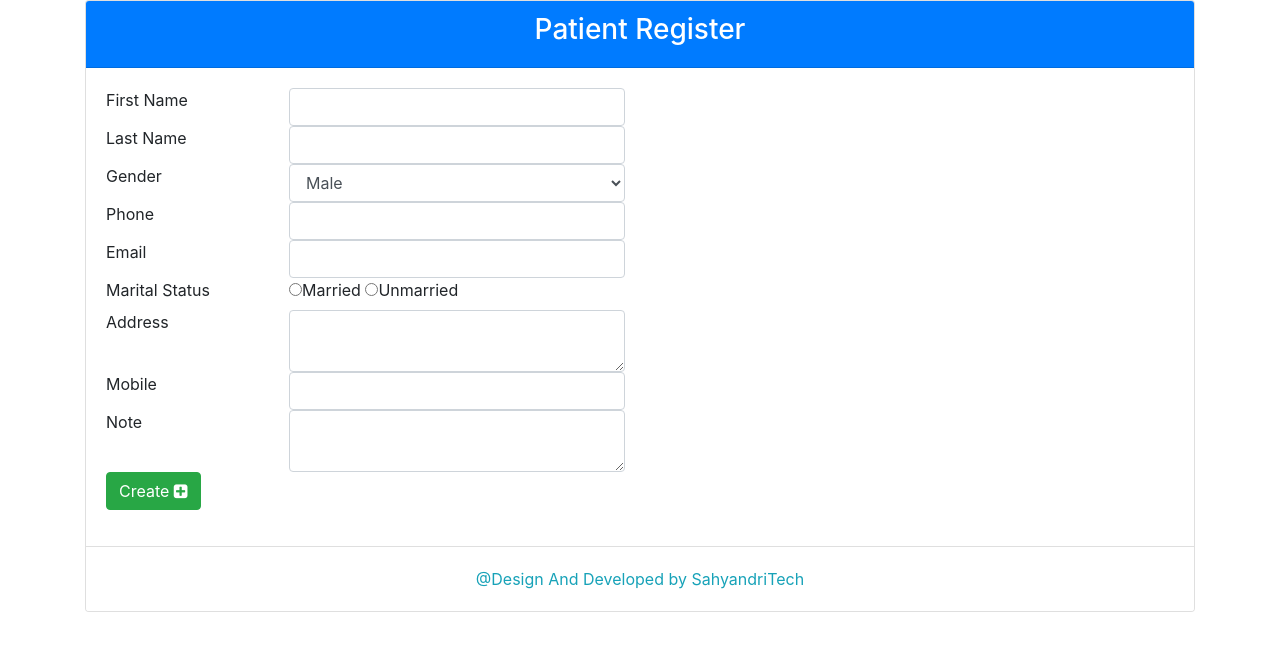
Repository: AmolRajuru11/HealthCareEx
Page: http://localhost/PatientRegister
The author's editor kept a copy of each file at every save. The page is drawn from the files as they stood at one save, then again after the next save.
The browser window is 1280 px wide. The pictures show the whole page.
The page is this project's Thymeleaf template; nobody is signed in. The template is opened directly, without the code that normally fills it, so the values that code supplies are empty.

Above is the page before, as saved 2021-10-19 13:17:53.

### HeathCare/src/main/resources/templates/PatientRegister.html
<html xmlns:th="https://www.thymeleaf.org/">
<head>
<link rel="stylesheet"
	href="https://cdn.jsdelivr.net/npm/bootstrap@4.5.3/dist/css/bootstrap.min.css" />
<script src="https://code.jquery.com/jquery-3.5.1.min.js"></script>
<script
	src="https://cdn.jsdelivr.net/npm/bootstrap@4.5.3/dist/js/bootstrap.bundle.min.js"></script>
<link rel="stylesheet"
	href="https://cdnjs.cloudflare.com/ajax/libs/font-awesome/4.7.0/css/font-awesome.css" />
</head>
<body>
	<div class="container">
		<div class="card">
			<div class="card-header bg-primary text-center text-white">
				<h3>Patient Register</h3>
			</div>
			<div class="card-body">
				<form th:action="@{/patient/save}" method="POST" id="specRegForm">

					<!--row #1-->
					<div class="row">
						<div class="col-2">
							<label for="firstName">First Name</label>
						</div>
						<div class="col-4">
							<input type="text" name="firstName" id="firstName"
								class="form-control" />
						</div>
						<div class="col-6">
							<span id="firstNameError"></span>
						</div>
					</div>

					<!--row #2-->
					<div class="row">
						<div class="col-2">
							<label for="lastName">Last Name</label>
						</div>
						<div class="col-4">
							<input type="text" name="lastName" id="lastName"
								class="form-control" />
						</div>
						<div class="col-6">
							<span id="lastNameError"></span>
						</div>
					</div>

					<!-- row #3 -->
					<div class="row">
						<div class="col-2">
							<label for="gender">Gender</label>
						</div>
						<div class="col-4">
							<select name="gender" id="gender" class="form-control">
								<option value="Male">Male</option>
								<option value="Female">Female</option>
								<option value="Other">Other</option>
							</select>
						</div>
						<div class="col-6">
							<span id="genderError"></span>
						</div>
					</div>

					<!-- row #4 -->
					<div class="row">
						<div class="col-2">
							<label for="mobile">Phone</label>
						</div>
						<div class="col-4">
							<input type="text" name="mobile" id="mobile" class="form-control" />
						</div>
						<div class="col-6">
							<span id="mobileError"></span>
						</div>
					</div>


					<!-- row #5 -->
					<div class="row">
						<div class="col-2">
							<label for="email">Email</label>
						</div>
						<div class="col-4">
							<input type="text" name="email" id="email" class="form-control" />
						</div>
						<div class="col-6">
							<span id="emailError"></span>
						</div>
					</div>

					<!-- row #6 -->
					<div class="row">
						<div class="col-2">
							<label for="marialStatus">Marital Status</label>
						</div>
						<div class="col-5">
							<input type="radio" name="marialStatus" id="marialStatus1"
								value="Married" />Married <input type="radio"
								name="marialStatus" id="marialStatus2" value="Unmarried" />Unmarried
						</div>
					</div>


					<!-- row #4 -->
					<div class="row">
						<div class="col-2">
							<label for="addresss">Address</label>
						</div>
						<div class="col-4">
							<textarea name="address" id="address" class="form-control"></textarea>
						</div>
						<div class="col-6">
							<span id="addressError"></span>
						</div>
					</div>

					<!-- row #5 -->
					<div class="row">
						<div class="col-2">
							<label for="mobile">Mobile</label>
						</div>
						<div class="col-4">
							<input type="text" name="mobile" id="mobile" class="form-control" />
						</div>
						<div class="col-6">
							<span id="mobileError"></span>
						</div>
					</div>

					<!--row #7-->
					<div class="row">
						<div class="col-2">
							<label for="note">Note</label>
						</div>
						<div class="col-4">
							<textarea name="note" id="note" class="form-control"></textarea>
						</div>
						<div class="col-6">
							<span id="noteError"></span>
						</div>
					</div>
					<button type="submit" class="btn btn-success">
						Create <i class="fa fa-plus-square" aria-hidden="true"></i>
					</button>
				</form>
			</div>
			<div class="card-footer bg-white text-info text-center">
				<span th:text="${message}"></span> <span class="navbar-text">@Design
					And Developed by SahyandriTech </span>
			</div>
		</div>
	</div>
	<script th:src="@{/myjs/uploadImgBb.js}"></script>
</body>
</html>

### HeathCare/src/main/resources/static/myjs/uploadImgBb.js
function uploadFile() {
	var file = document.getElementById("fileOb");
	var form = new FormData();
	form.append("image", file.files[0]);
	var inputs = {
		url : "https://api.imgbb.com/1/upload?key=71a0c6e048cb7585f234207f896603d2",
		method : "POST",
		timeout : 0,
		processData : false,
		mimeType : "multipart/form-data",
		contentType : false,
		data : form,
	};

	$.ajax(inputs).done(function(response) {
		var job = JSON.parse(response);
		$("#photoLoc").val(job.data.url);
	});

}

After the next save:
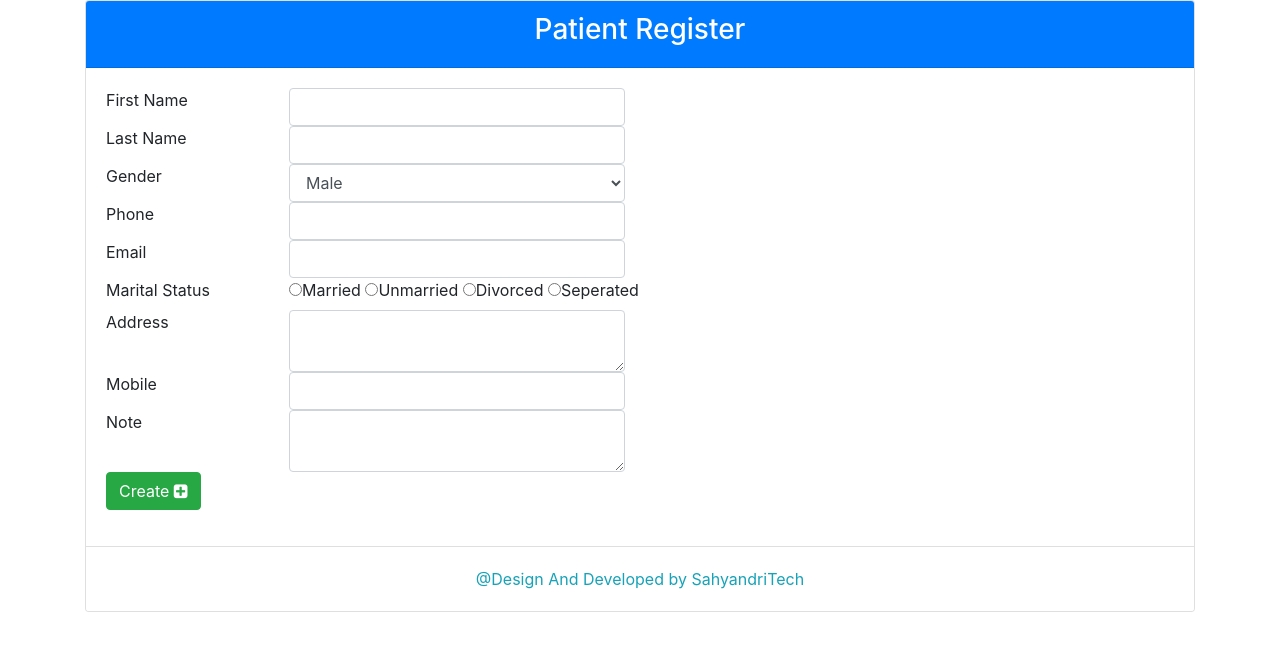
Saved 2 min 22 s later.
--- a/HeathCare/src/main/resources/templates/PatientRegister.html
+++ b/HeathCare/src/main/resources/templates/PatientRegister.html
@@ -98,6 +98,12 @@
 							<input type="radio" name="marialStatus" id="marialStatus1"
 								value="Married" />Married <input type="radio"
 								name="marialStatus" id="marialStatus2" value="Unmarried" />Unmarried
+							<input type="radio" name="marialStatus" id="marialStatus3"
+								value="Divorced" />Divorced <input type="radio"
+								name="marialStatus" id="marialStatus4" value="Seperated" />Seperated
+						</div>
+						<div class="col-5">
+							<span id="marialStatusError"></span>
 						</div>
 					</div>
 
